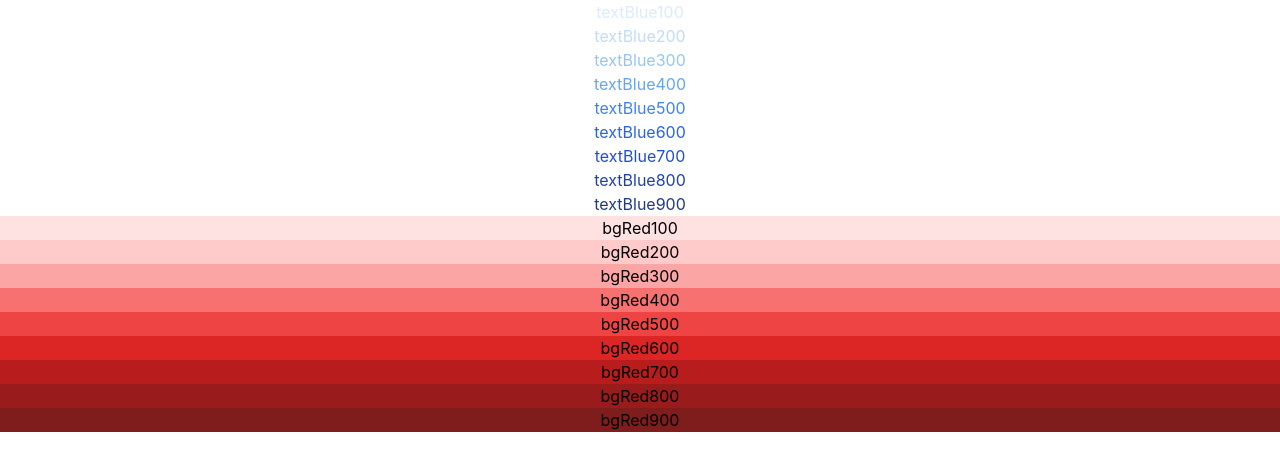
Repository: wogml3270/react-test-server
Page: /
These files come from the project's save history. The page is drawn as it stood at one moment and after the next save; the edit follows.
The browser window is 1280 px wide. The pictures show the whole page.
The project was rebuilt for these pictures with package versions that can differ from the ones it lists, and the page was loaded fresh each time. Also part of the build but not shown: src/App.css.

Above is the page before, as saved 2022-08-04 20:26:50.

After the next save:
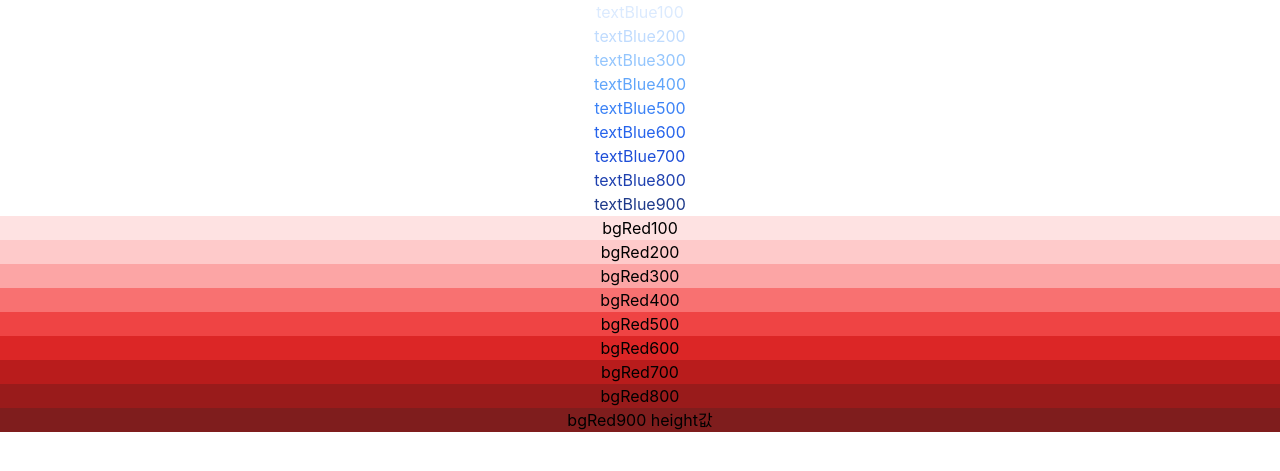
Saved 4 min 54 s later.
--- a/src/App.js
+++ b/src/App.js
@@ -23,7 +23,7 @@ function App() {
         <h1 className="bg-red-600">bgRed600</h1>
         <h1 className="bg-red-700">bgRed700</h1>
         <h1 className="bg-red-800">bgRed800</h1>
-        <h1 className="bg-red-900">bgRed900</h1>
+        <h1 className="bg-red-900 h-50">bgRed900 height값 </h1>
       </div>
     </>
   );
